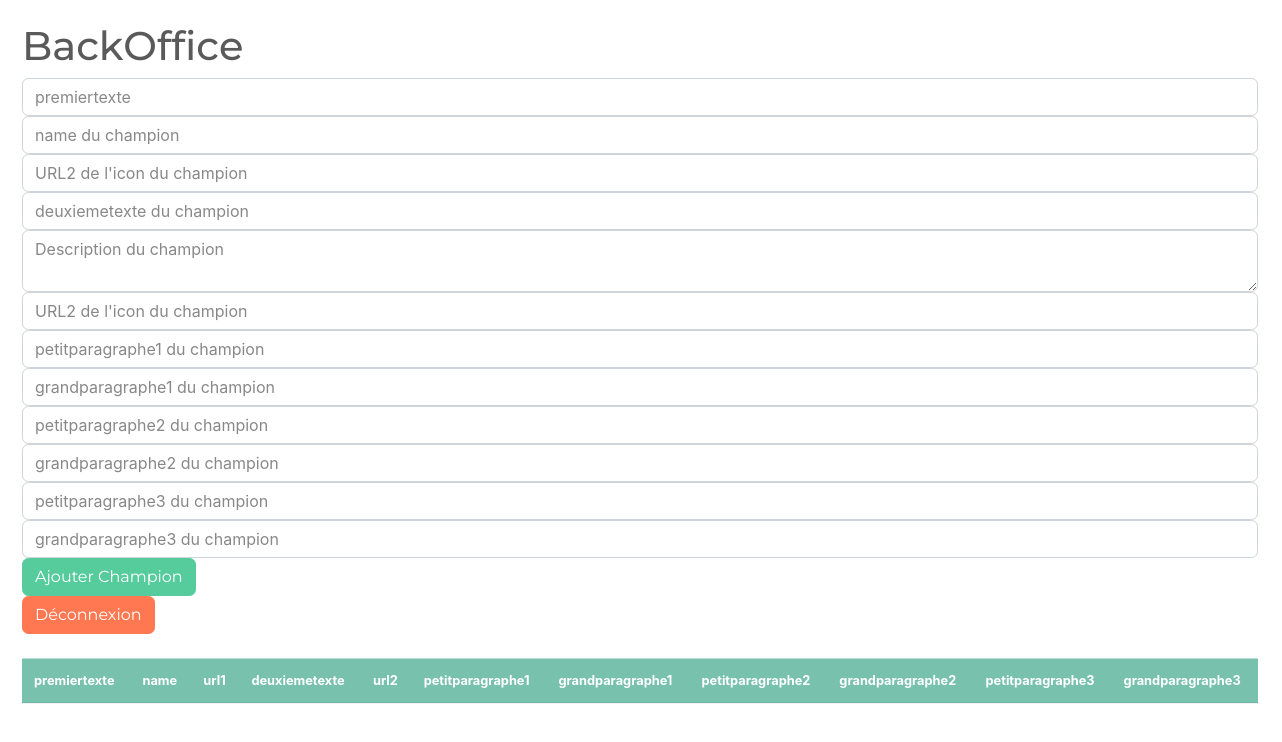
Repository: AdilGHAZAL/MosaiqueWebdoc
Page: /backoffice
The author's editor kept a copy of each file at every save. The page is drawn from the files as they stood at one save, then again after the next save.
The browser window is 1280 px wide. The page is 1280 px wide, then 1282 px, so the pictures cover 1282 px, including what lies to the right of the window. The pictures show the whole page.
The page's requests for data from a server got no answer. Some web fonts or font styles are not loaded; a fallback is used. Some web libraries are served in a nearby version. The project was rebuilt for these pictures with package versions that can differ from the ones it lists, and the page was loaded fresh each time. No one was signed in, and anything a server would have sent is missing. Also part of the build but not shown: vite.config.js, src/App.css, src/components/Navbar.css, src/components/Navbar.jsx, src/components/Athletes.css, src/components/Athletes.jsx, src/components/Athletes2.jsx, src/components/Athletes3.jsx and 18 more.

Above is the page before, as saved 2024-05-02 19:02:31.

### index.html
<!doctype html>
<html lang="en">
  <head>
    <meta charset="UTF-8" />
    <link rel="icon" type="image/svg+xml" href="./src/logos/logoMosaique.svg" />
    <meta name="viewport" content="width=device-width, initial-scale=1.0" />
    <title>Mosaique</title>
    <link rel="preconnect" href="https://fonts.googleapis.com">
<link rel="preconnect" href="https://fonts.gstatic.com" crossorigin>
<link href="https://fonts.googleapis.com/css2?family=Mina:wght@400;700&display=swap" rel="stylesheet">
<link rel="stylesheet" href="https://cdn.jsdelivr.net/npm/bootswatch@4.5.2/dist/minty/bootstrap.min.css">
  </head>
  <body>
    <div id="root"></div>
    <script type="module" src="/src/main.jsx"></script>
  </body>
</html>

### src/App.jsx
// App.jsx
import React from 'react';
import { BrowserRouter as Router, Routes, Route} from 'react-router-dom';
import './App.css'; // Import the CSS file
import HomePage from './components/HomePage';
import Athlete1 from './Athelete1/Athlete1'; // Import the NouvellePage component
import LoginScreen from './LoginScreen';
import MainView from './backoffice';
import TrainingPage from './TrainingPage';
const App = () => {
    return (
        <Router>

                <Routes>
                    <Route path="/" element={<HomePage/>} />
                    <Route path="/Athlete1" element={<Athlete1/>} />
                    <Route path="/login" element={<LoginScreen/>  }/>
                    <Route path='/backoffice'element={<MainView/>}/>
                </Routes>

        </Router>
    );
};

export default App;

### src/index.css
:root {
  --rose: #E9257F

}

### src/backoffice.jsx
import React, { useState, useEffect } from 'react';
import { getFirestore, collection, addDoc, getDocs, deleteDoc, doc, updateDoc } from "firebase/firestore";
import { getAuth, signOut } from "firebase/auth";
import "./firebaseConfig"

export default function MainView() {
  const [champions, setChampions] = useState([]);
  const [championData, setChampionData] = useState({
    premiertexte: '',
    name: '',
    url1: '',
    deuxiemetexte: '',
    url2: '',
    petitparagraphe1: '',
    grandparagraphe1: '',
    petitparagraphe2: '',
    grandparagraphe2: '',
    petitparagraphe3: '',
    grandparagraphe3: '',
  });
  const [editingChampionId, setEditingChampionId] = useState(null);
  const auth = getAuth();
  const firestore = getFirestore();

  useEffect(() => {
    const fetchChampions = async () => {
      const championsSnapshot = await getDocs(collection(firestore, "champions"));
      const championsData = championsSnapshot.docs.map(doc => ({ id: doc.id, ...doc.data() }));
      setChampions(championsData);
    };

    fetchChampions();
  }, [firestore]);

  const handleInputChange = (e) => {
    const { name, value } = e.target;
    setChampionData({ ...championData, [name]: value });
  };

  const handleAddChampion = async (e) => {
    e.preventDefault();
    try {
      await addDoc(collection(firestore, "champions"), championData);
      console.log("Champion ajouté avec succès");
      // Réinitialiser les données du champion après l'ajout réussi
      setChampionData({
        premiertexte: '',
    name: '',
    url1: '',
    deuxiemetexte: '',
    url2: '',
    petitparagraphe1: '',
    grandparagraphe1: '',
    petitparagraphe2: '',
    grandparagraphe2: '',
    petitparagraphe3: '',
    grandparagraphe3: '',
      });
    } catch (error) {
      console.error("Erreur lors de l'ajout du champion :", error);
    }
  };


  const handleEditChampion = (champion) => {
    setEditingChampionId(champion.id);
    setChampionData({
        premiertexte: champion.premiertexte,
    name: champion.name,
    url1: champion.url1,
    deuxiemetexte: champion.deuxiemetexte,
    url2: champion.url2,
    petitparagraphe1: champion.petitparagraphe1,
    grandparagraphe1: champion.grandparagraphe1,
    petitparagraphe2: champion.petitparagraphe2,
    grandparagraphe2: champion.grandparagraphe2,
    petitparagraphe3: champion.petitparagraphe3,
    grandparagraphe3: champion.grandparagraphe3,
    });
  };

  const handleUpdateChampion = async () => {
    try {
      await updateDoc(doc(firestore, "champions", editingChampionId), {
        premiertexte: championData.premiertexte,
    name: championData.name,
    url1: championData.url1,
    deuxiemetexte: championData.deuxiemetexte,
    url2: championData.url2,
    petitparagraphe1: championData.petitparagraphe1,
    grandparagraphe1: championData.grandparagraphe1,
    petitparagraphe2: championData.petitparagraphe2,
    grandparagraphe2: championData.grandparagraphe2,
    petitparagraphe3: championData.petitparagraphe3,
    grandparagraphe3: championData.grandparagraphe3,
      });
      console.log("Champion mis à jour avec succès");
      // Mettre à jour le tableau des champions après la mise à jour
      const updatedChampions = champions.map(champion => {
        if (champion.id === editingChampionId) {
          return {
            ...champion,
            premiertexte: championData.premiertexte,
    name: championData.name,
    url1: championData.url1,
    deuxiemetexte: championData.deuxiemetexte,
    url2: championData.url2,
    petitparagraphe1: championData.petitparagraphe1,
    grandparagraphe1: championData.grandparagraphe1,
    petitparagraphe2: championData.petitparagraphe2,
    grandparagraphe2: championData.grandparagraphe2,
    petitparagraphe3: championData.petitparagraphe3,
    grandparagraphe3: championData.grandparagraphe3,
          };
        }
        return champion;
      });
      setChampions(updatedChampions);
      // Réinitialiser les données du champion après la mise à jour réussie
      setChampionData({
        premiertexte: '',
    name: '',
    url1: '',
    deuxiemetexte: '',
    url2: '',
    petitparagraphe1: '',
    grandparagraphe1: '',
    petitparagraphe2: '',
    grandparagraphe2: '',
    petitparagraphe3: '',
    grandparagraphe3: '',
      });
      setEditingChampionId(null);
    } catch (error) {
      console.error("Erreur lors de la mise à jour du champion :", error);
    }
  };

  const handleDeleteChampion = async (id) => {
    try {
      await deleteDoc(doc(firestore, "champions", id));
      console.log("Champion supprimé avec succès");
      // Mettre à jour la liste des champions après la suppression
      setChampions(champions.filter(champion => champion.id !== id));
    } catch (error) {
      console.error("Erreur lors de la suppression du champion :", error);
    }
  };

  const handleSignOut = () => {
    signOut(auth)
      .then(() => {
        console.log("Déconnexion réussie");
        // Naviguer vers la pweight de connexion après la déconnexion
      })
      .catch((error) => {
        console.error("Erreur lors de la déconnexion :", error);
      });
  };

  return (
    <>
    <div style={{width:'100vw', padding:"22px"}}>
      <h1>BackOffice</h1>
      <form onSubmit={editingChampionId ? handleUpdateChampion : handleAddChampion}>
        <input className='form-control' type="text" name="premiertexte" value={championData.premiertexte} onChange={handleInputChange} placeholder="premiertexte" required />
        <input className='form-control' type="text" name="name" value={championData.name} onChange={handleInputChange} placeholder="name du champion" required />
        <input className='form-control' type="url" name="url1" value={championData.url1} onChange={handleInputChange} placeholder="URL2 de l'icon du champion" required />
        <input className='form-control' type="text" name="deuxiemetexte" value={championData.deuxiemetexte} onChange={handleInputChange} placeholder="deuxiemetexte du champion" required />
        <textarea className='form-control' name="description" value={championData.description} onChange={handleInputChange} placeholder="Description du champion" required />
        <input className='form-control' type="url" name="url2" value={championData.url2} onChange={handleInputChange} placeholder="URL2 de l'icon du champion" />
        <input className='form-control' type="text" name="petitparagraphe1" value={championData.petitparagraphe1} onChange={handleInputChange} placeholder="petitparagraphe1 du champion" required />
        <input className='form-control' type="text" name="grandparagraphe1" value={championData.grandparagraphe1} onChange={handleInputChange} placeholder="grandparagraphe1 du champion" required />
        <input className='form-control' type="text" name="petitparagraphe2" value={championData.petitparagraphe2} onChange={handleInputChange} placeholder="petitparagraphe2 du champion" required />
        <input className='form-control' type="text" name="grandparagraphe2" value={championData.grandparagraphe2} onChange={handleInputChange} placeholder="grandparagraphe2 du champion" required />
        <input className='form-control' type="text" name="petitparagraphe3" value={championData.petitparagraphe3} onChange={handleInputChange} placeholder="petitparagraphe3 du champion" required />
        <input className='form-control' type="text" name="grandparagraphe3" value={championData.grandparagraphe3} onChange={handleInputChange} placeholder="grandparagraphe3 du champion" required />
        <button className='btn btn-success' type="submit">{editingChampionId ? "Mettre à jour Champion" : "Ajouter Champion"}</button>
      </form>
      <button className='btn btn-danger' title='Déconnexion' onClick={handleSignOut}>Déconnexion</button>

      <table className='table table-hover mt-4' style={{fontSize:'0.8rem'}}>
        <thead>
          <tr className='table-primary'>
          <th scope='col'>premiertexte</th>
            <th scope='col'>name</th>
            <th scope='col'>url1</th>
            <th scope='col'>deuxiemetexte</th>
            <th scope='col'>url2</th>
            <th scope='col'>petitparagraphe1</th>
            <th scope='col'>grandparagraphe1</th>
            <th scope='col'>petitparagraphe2</th>
            <th scope='col'>grandparagraphe2</th>
            <th scope='col'>petitparagraphe3</th>
            <th scope='col'>grandparagraphe3</th>
          </tr>
        </thead>
        <tbody>
          {champions.map((champion) => (
            <tr key={champion.id}>
              <td>{champion.premiertexte}</td>
              <td>{champion.name}</td>
              <td>{champion.url1}</td>
              <td>{champion.deuxiemetexte}</td>
              <td>{champion.url2}</td>
              <td>{champion.petitparagraphe1}</td>
              <td>{champion.grandparagraphe1}</td>
              <td>{champion.petitparagraphe2}</td>
              <td>{champion.grandparagraphe2}</td>
              <td>{champion.petitparagraphe3}</td>
              <td>{champion.grandparagraphe3}</td>
              <td>
                <button className='btn btn-danger' onClick={() => handleDeleteChampion(champion.id)}>Supprimer</button>
                <button className='btn btn-warning' onClick={() => handleEditChampion(champion)}>Modifier</button>
              </td>
            </tr>
          ))}
        </tbody>
      </table>
      </div>
    </>
  );
}

### src/components/HomePage.css
/* App.css */
body {
    margin: 0;
    background-color: #ffffff;
    color: #000000;
    display: flex;
    flex-direction: column;
    align-items: center;
    justify-content: center;
    min-height: 100vh;

  }

  .app-container {
      font-family: "SF Pro Display-Medium", Helvetica;
    width: 100vw;
    height: 100%;
    min-height: 100vh;
    /*  background-image: url('./assets/ub1.png');*/
    display: flex;
    flex-direction: column;
    margin: auto;
    background-color: #ffffff;
  }

  .main-title {
    font-family: 'SF Pro Display', sans-serif;
    font-size: 70px;
    font-weight: 500;
    line-height: 83.54px;
    text-align: center;
    margin-top: 100px;
  }

  .bold-text {
    font-weight: 700;
  }

  .content {
    padding: 20px;
    width: 100%;
    max-width: 1200px;
    margin: auto;

  }

  .UBimage {
    width: auto;
  }

  .bottom-text {
    font-size: 18px;
    text-align: center;
    margin-top: 30px;
  }
  .scroll-reveal > * {
    /* text-align: justify; */
    display: inline;
    color:hsl(0deg 22.14% 64.8% / 20%);
    font-size: 60px;
    font-weight: 500;
    background-clip: text;
    background-repeat: no-repeat;
    background-size: 0% 100%;
    background-image: linear-gradient( #E9257F, #ce1f71 );
    animation: scroll-reveal linear forwards;
    animation-timeline: view();
  }

  .scroll-text {

    text-align: justify;
  }
  @keyframes scroll-reveal {
    to {
      background-size: 100% 100%;
    }
  }
  .scroll-reveal p {
    /* font-family: SF Pro Display; */


  }

  .scrollPhotos {
    display: flex;
    justify-content: flex-start; /* Align photos to the maximum left */
    width: 100%;
    overflow-x: auto; /* Enable horizontal scrolling if photos exceed container width */
    padding: 20px 0; /* Optional padding */
  }

### src/firebaseConfig.jsx
// Import the functions you need from the SDKs you need
import { initializeApp } from "firebase/app";
import { getAuth } from "firebase/auth";
import { getFirestore } from "firebase/firestore";
// TODO: Add SDKs for Firebase products that you want to use
// https://firebase.google.com/docs/web/setup#available-libraries

// Your web app's Firebase configuration
const firebaseConfig = {
  apiKey: "AIzaSyAUMnE3uMe61y8NbS4tX2Nn4PoW8VoGS0U",
  authDomain: "webdoc-a4a03.firebaseapp.com",
  projectId: "webdoc-a4a03",
  storageBucket: "webdoc-a4a03.appspot.com",
  messagingSenderId: "931293814028",
  appId: "1:931293814028:web:5bc01cfec675ae5bf27d29"
};

// Initialize Firebase
export const FIREBASE_APP = initializeApp(firebaseConfig);
export const FIREBASE_AUTH=getAuth(FIREBASE_APP)
export const db=getFirestore(FIREBASE_APP)

Loaded but not shown: src/main.jsx (common file)

After the next save:
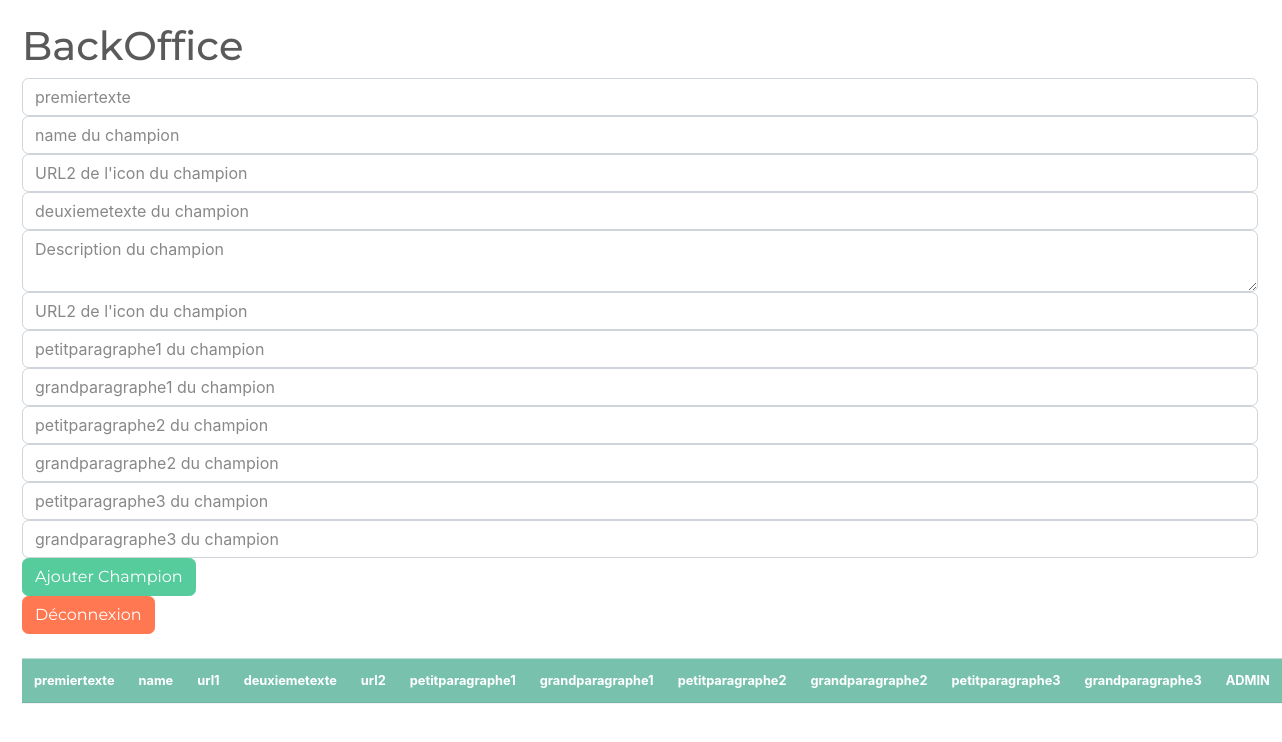
Saved 21 s later.
--- a/src/backoffice.jsx
+++ b/src/backoffice.jsx
@@ -193,6 +193,7 @@ export default function MainView() {
             <th scope='col'>grandparagraphe2</th>
             <th scope='col'>petitparagraphe3</th>
             <th scope='col'>grandparagraphe3</th>
+            <th>ADMIN</th>
           </tr>
         </thead>
         <tbody>
